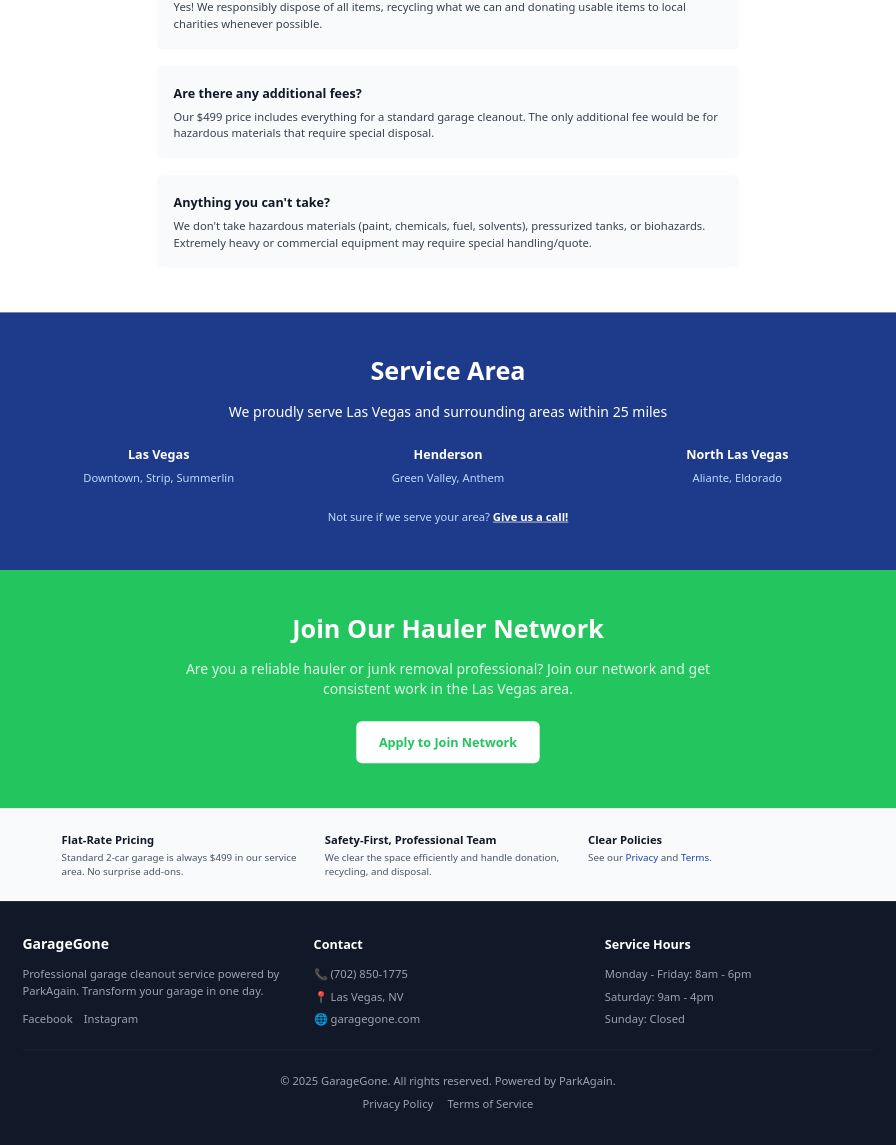
Repository: nikwhite1169/garagegone
Page: index.html
These files come from the project's save history. The page is drawn as it stood at one moment and after the next save; the edit follows.
The browser window is 1280 px wide. The pictures show the part of the page from y = 3296 to 5216 px (the page is 4932 px tall before and 5262 px after), at 70% of full size.
Some web libraries are served in a nearby version.

Above is the page before, as saved 2025-09-15 17:38:24.

After the next save:
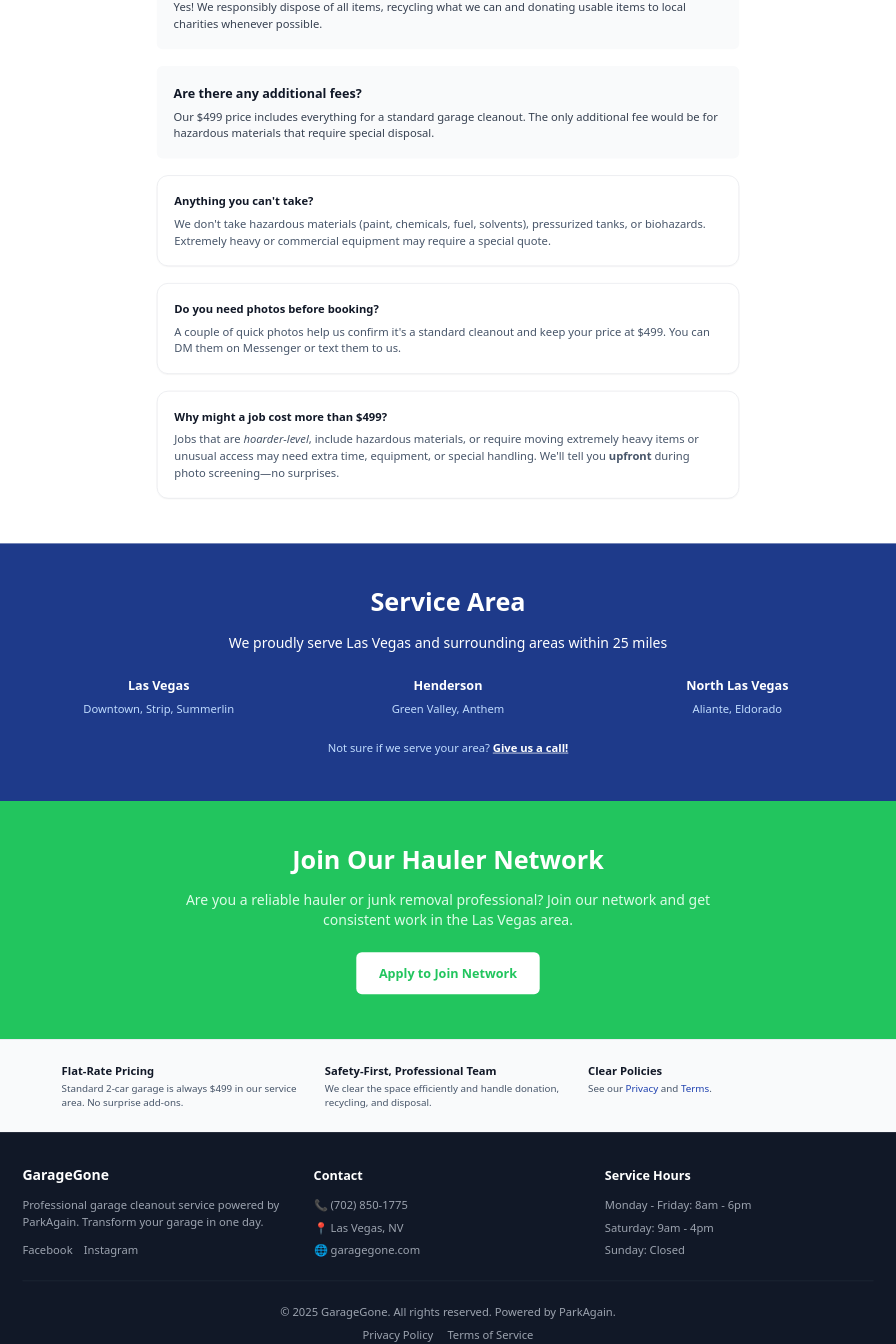
Saved 14 s later.
--- a/index.html
+++ b/index.html
@@ -322,9 +322,28 @@
                     <p class="text-gray-700">Our $499 price includes everything for a standard garage cleanout. The only additional fee would be for hazardous materials that require special disposal.</p>
                 </div>
 
-                <div class="bg-gray-50 rounded-lg p-6">
-                    <h4 class="text-lg font-bold mb-2">Anything you can't take?</h4>
-                    <p class="text-gray-700">We don't take hazardous materials (paint, chemicals, fuel, solvents), pressurized tanks, or biohazards. Extremely heavy or commercial equipment may require special handling/quote.</p>
+                <div class="rounded-2xl border p-6 shadow-sm">
+                  <h3 class="font-semibold">Anything you can't take?</h3>
+                  <p class="text-slate-600 mt-2">
+                    We don't take hazardous materials (paint, chemicals, fuel, solvents), pressurized tanks, or biohazards.
+                    Extremely heavy or commercial equipment may require a special quote.
+                  </p>
+                </div>
+
+                <div class="rounded-2xl border p-6 shadow-sm">
+                  <h3 class="font-semibold">Do you need photos before booking?</h3>
+                  <p class="text-slate-600 mt-2">
+                    A couple of quick photos help us confirm it's a standard cleanout and keep your price at $499.
+                    You can DM them on Messenger or text them to us.
+                  </p>
+                </div>
+
+                <div class="rounded-2xl border p-6 shadow-sm">
+                  <h3 class="font-semibold">Why might a job cost more than $499?</h3>
+                  <p class="text-slate-600 mt-2">
+                    Jobs that are <em>hoarder-level</em>, include hazardous materials, or require moving extremely heavy items or unusual access may need extra time, equipment, or special handling.
+                    We'll tell you <strong>upfront</strong> during photo screening—no surprises.
+                  </p>
                 </div>
             </div>
         </div>
